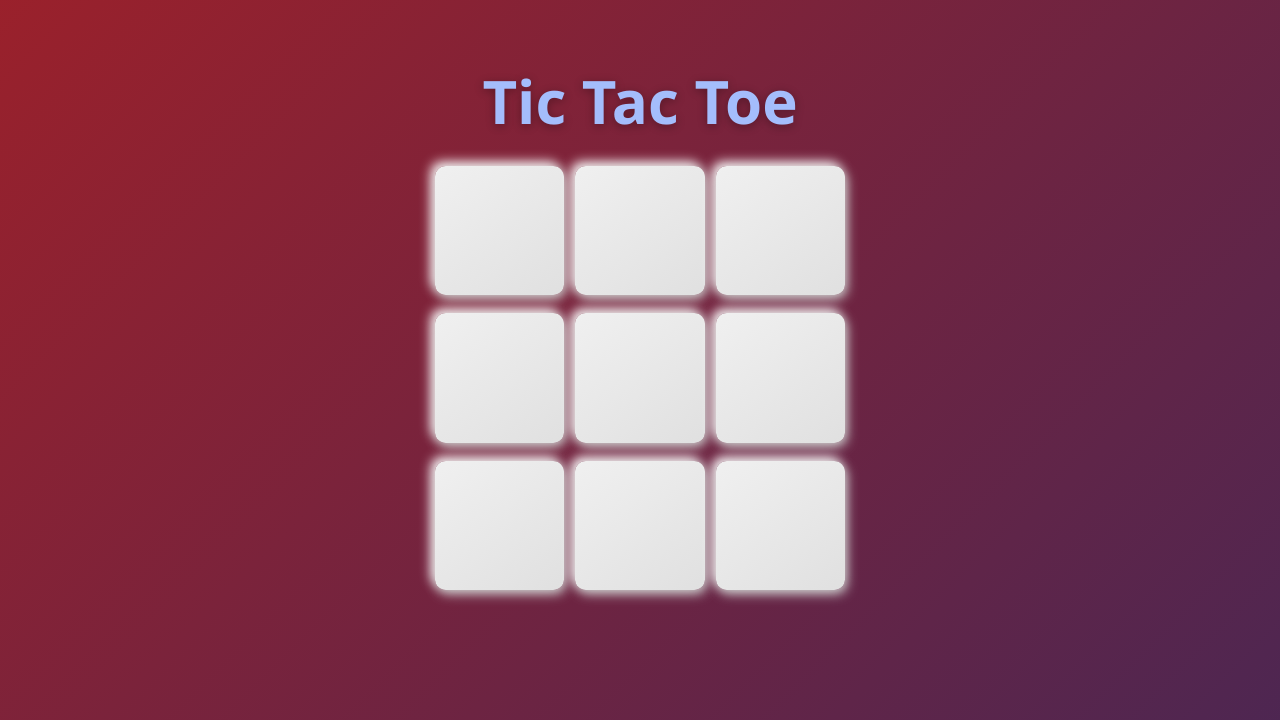
Repository: AreezAnsari/Tic-Tac-Toe
Page: Game/Game.html
The author's editor kept a copy of each file at every save. The page is drawn from the files as they stood at one save, then again after the next save.
The browser window is 1280 px wide. The pictures show the whole page.

Above is the page before, as saved 2025-07-22 07:44:30.
Console error: TypeError: box.addEventListener is not a function

After the next save:
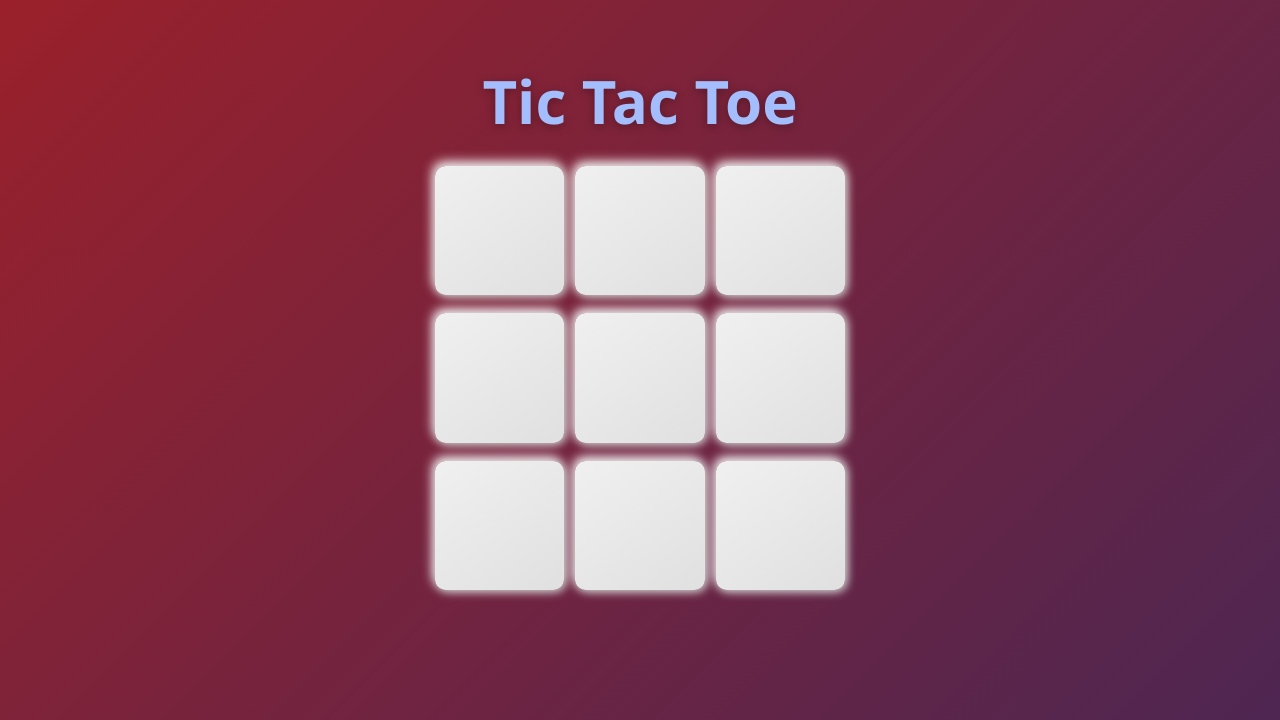
Saved 8 s later.
--- a/Game/Game.css
+++ b/Game/Game.css
@@ -56,7 +56,7 @@
   font-size: clamp(2.2rem, 6vmin, 4.5rem); /* Responsive size */
   border: none;
   border-radius: 1.5vmin;
-  box-shadow: 2px 4px 12px #c8c8c8, -4px -4px 12px #ffffff; /* Neumorphic effect */
+  box-shadow: 2px 2px 10px #c8c8c8, -2px -4px 12px #ffffff; /* Neumorphic effect */
   cursor: pointer;
   transition: all 0.25s ease;
   animation: popIn 0.4s ease;
